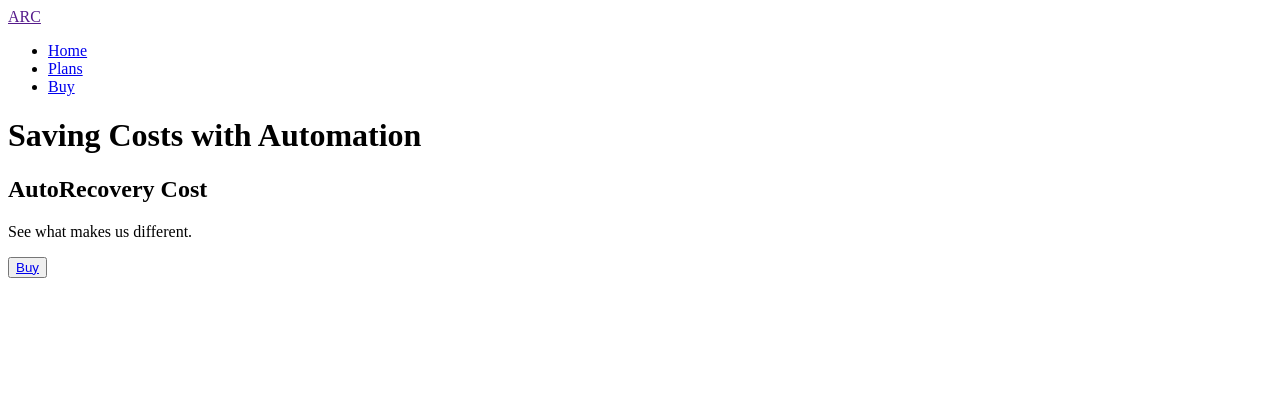
Repository: batmikun/Courses
Page: Front-End/SPA NATIVE JS/src/index.html
An editor plug-in stored every save of this project. The page is shown before and after the next save, followed by the edit.
The browser window is 1280 px wide. The pictures show the whole page.

Above is the page before, as saved 2021-11-21 00:49:44.

### Front-End/SPA NATIVE JS/src/index.html
<!DOCTYPE html>
<html lang="en">
    <head>
        <meta charset="UTF-8">
        <meta http-equiv="X-UA-Compatible" content="IE=edge">
        <meta name="viewport" content="width=device-width, initial-scale=1.0">
        <title>AutoRecovery Cost</title>
    </head>
    <body>
        <nav class="navbar">
            <div class="navbar__container">
                <a href="" id="navbar__logo">
                    <i class="fas fa-gem"></i>
                    ARC
                </a>
                <div class="navbar__toggle" id="mobile-menu">
                    <span class="bar"></span>
                    <span class="bar"></span>
                    <span class="bar"></span>
                </div>
                <ul class="navbar__menu">
                    <li class="navbar__item">
                        <a id="" href="#" class="navbar__link">Home</a>
                    </li>
                    <li class="navbar__item">
                        <a id="Products" href="#" class="navbar__link">Plans</a>
                    </li>
                    <li class="navbar__btn">
                        <a href="#" id="" class="button">Buy</a>
                    </li>
                </ul>
            </div>
        </nav>

        <div class="main">
            <div class="main__container">
                <div class="main__content">
                    <h1>Saving Costs with Automation</h1>
                    <h2>AutoRecovery Cost</h2>
                    <p>See what makes us different.</p>
                    <button class="main__btn">
                        <a href="#" id="Products">Buy</a>
                    </button>
                </div>
            </div>
        </div>

        <section id="root"></section>

        <footer>

        </footer>
    </body>
</html>

After the next save:
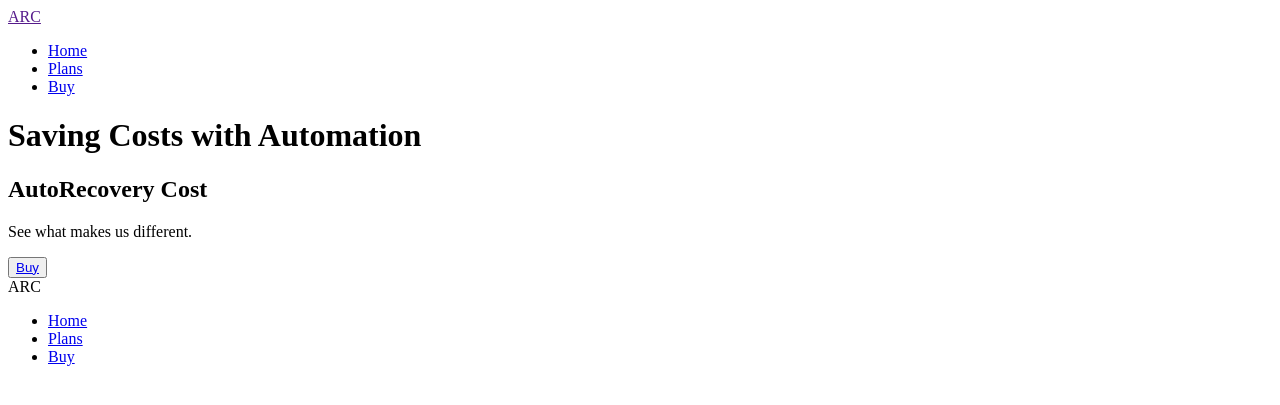
Saved 11 s later.
--- a/Front-End/SPA NATIVE JS/src/index.html
+++ b/Front-End/SPA NATIVE JS/src/index.html
@@ -48,7 +48,29 @@
         <section id="root"></section>
 
         <footer>
-
+            <div class="footer">
+                <div class="footer__container">
+                    <div class="footer__content">
+                        <div class="footer__logo">
+                            <i class="fas fa-gem"></i>
+                            ARC
+                        </div>
+                        <div class="footer__menu">
+                            <ul class="footer__list">
+                                <li class="footer__item">
+                                    <a href="#" class="footer__link">Home</a>
+                                </li>
+                                <li class="footer__item">
+                                    <a href="#" class="footer__link">Plans</a>
+                                </li>
+                                <li class="footer__item">
+                                    <a href="#" class="footer__link">Buy</a>
+                                </li>
+                            </ul>
+                        </div>
+                    </div>
+                </div>
+            </div>
         </footer>
     </body>
 </html>
